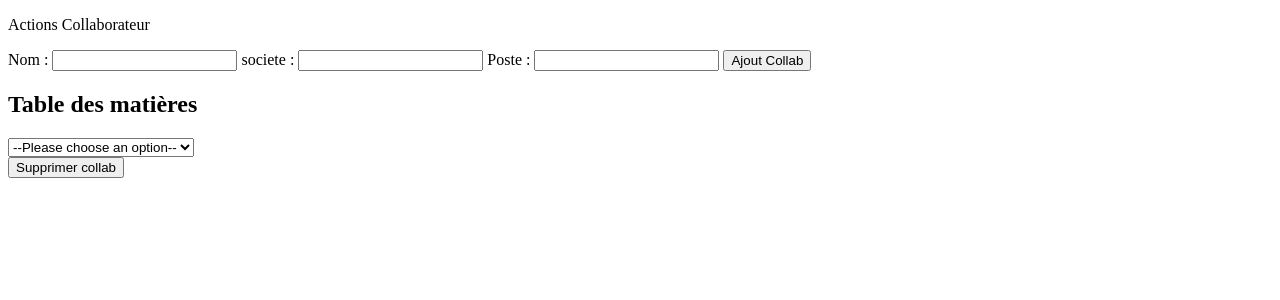
Repository: Shakibaei-2020/CRA_JEE_FINAL
Page: http://localhost/jee_crainfocom/WEB-INF/accueil.jsp
The author's editor kept a copy of each file at every save. The page is drawn from the files as they stood at one save, then again after the next save.
The browser window is 1280 px wide. The pictures show the whole page.
The page is served by Tomcat 9. Nobody is signed in. Other server files are loaded and not shown. The template is opened directly, without the code that normally fills it, so the values that code supplies are empty.

Above is the page before, as saved 2021-03-25 14:11:01.

### CRA_JEE_FINAL/CRA_JEE_FINAL/jee_crainfocom/src/main/webapp/WEB-INF/accueil.jsp
<%@ page pageEncoding="UTF-8" %>
<%@ taglib uri="http://java.sun.com/jsp/jstl/core" prefix="c" %>
<!DOCTYPE html>
<html>
<head>
<meta charset="ISO-8859-1">
<title>Insert title here</title>
</head>
<body>
<p>Actions Collaborateur</p>





 <form method="post" action="accueil">
            <label for="nomColl">Nom : </label>
            <input type="text" name="nomColl" id="nomColl" />

            <label for="societeColl">societe : </label>
            <input type="text" name="societeColl" id="societeColl" />

            <label for="posteColl">Poste : </label>
            <input type="text" name="posteColl" id="posteColl" />

            <input type="submit" value="Ajout Collab" />
        </form>


    <form method="post" action="">
         <div class="wet-boew-slideout">
    <h2>Table des matières</h2>
<div id="menu">
<select name="pets" id="pet-select">
    <option value="">--Please choose an option--</option>
    <option value="dog">Dog</option>
    <option value="cat">Cat</option>
    <option value="hamster">Hamster</option>
    <option value="parrot">Parrot</option>
    <option value="spider">Spider</option>
    <option value="goldfish">Goldfish</option>
</select>

</div>

            <input type="submit" value="Supprimer collab" />
        </form>





  <c:if test="${ !empty nomColl }"><p><c:out value="Bonjour, vous vous appelez ${ nomColl } vous etes ${ posteColl }  chez ${ societeColl } " /></p></c:if>
<c:out value=" ${ insert} "/>


</body>
</html>

After the next save:
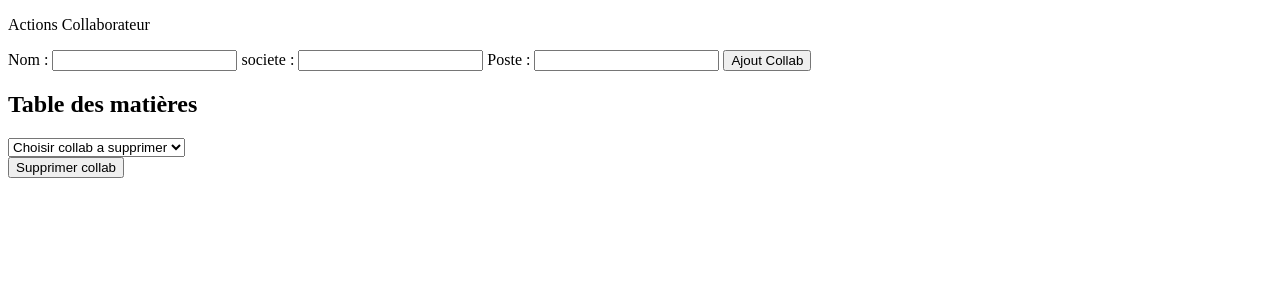
Saved 29 s later.
--- a/CRA_JEE_FINAL/CRA_JEE_FINAL/jee_crainfocom/src/main/webapp/WEB-INF/accueil.jsp
+++ b/CRA_JEE_FINAL/CRA_JEE_FINAL/jee_crainfocom/src/main/webapp/WEB-INF/accueil.jsp
@@ -32,13 +32,9 @@
     <h2>Table des matières</h2>
 <div id="menu">
 <select name="pets" id="pet-select">
-    <option value="">--Please choose an option--</option>
-    <option value="dog">Dog</option>
-    <option value="cat">Cat</option>
-    <option value="hamster">Hamster</option>
-    <option value="parrot">Parrot</option>
-    <option value="spider">Spider</option>
-    <option value="goldfish">Goldfish</option>
+    <option value="">Choisir collab a supprimer</option>
+    <option value="dog">Collab</option>
+
 </select>
 
 </div>
